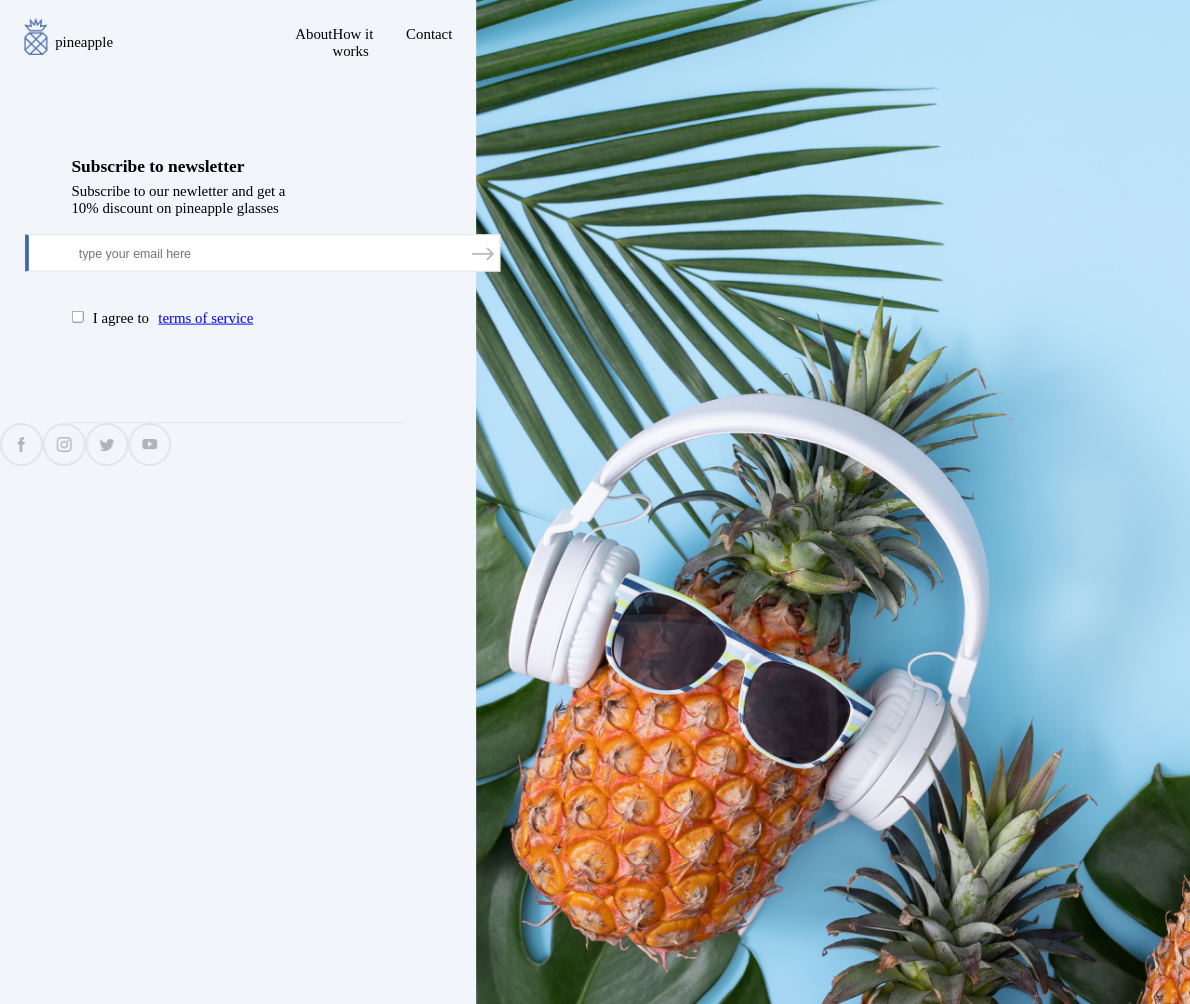
Repository: PaulsBebris/megabit-task
Page: /
The author's editor kept a copy of each file at every save. The page is drawn from the files as they stood at one save, then again after the next save.
The browser window is 1280 px wide. The pictures show the whole page, at 93% of full size.
The project was rebuilt for these pictures with package versions that can differ from the ones it lists, and the page was loaded fresh each time.

Above is the page before, as saved 2021-04-19 15:11:23.

### src/App.vue
<template>
  <div id="app">
    <!-- <div id="nav">
      <router-link to="/">Home</router-link> |
      <router-link to="/about">About</router-link>
    </div> -->
    <router-view/>
  </div>
</template>

<style lang="scss">
// normalize
* {
  padding: 0;
  margin: 0;
  box-sizing: border-box;
}
#app {
  // font-family: Avenir, Helvetica, Arial, sans-serif;
  // -webkit-font-smoothing: antialiased;
  // -moz-osx-font-smoothing: grayscale;
  // text-align: center;
  // color: #2c3e50;
  overflow: hidden;
}

// #nav {
//   padding: 30px;

//   a {
//     font-weight: bold;
//     color: #2c3e50;

//     &.router-link-exact-active {
//       color: #42b983;
//     }
//   }
// }
</style>

### src/router/index.js
import Vue from 'vue'
import VueRouter from 'vue-router'
import Home from '../views/Home.vue'

Vue.use(VueRouter)

const routes = [
  {
    path: '/',
    name: 'Home',
    component: Home
  }
]

const router = new VueRouter({
  routes
})

export default router

// {
// path: '/about',
// name: 'About',
// route level code-splitting
// this generates a separate chunk (about.[hash].js) for this route
// which is lazy-loaded when the route is visited.
// component: () => import(/* webpackChunkName: "about" */ '../views/About.vue')
// }

### src/views/Home.vue
<template>
  <div class="home">
    <div class="page-wrapper">
      <div class="header-wrapper">
        <div class="logo">
          <img src="../assets/img/pineapple.png" alt="pineapple">
          <span>pineapple</span>
        </div>
        <div class="main-menu">
          <div>About</div>
          <div>How it works</div>
          <div>Contact</div>
        </div>
      </div>
      <div class="content-wrapper">
        <h3>Subscribe to newsletter</h3>
        <p>Subscribe to our newletter and get a 10% discount on pineapple glasses</p>
      </div>
      <div class="subscribe-form-wrapper">
        <input type="text" placeholder="type your email here" @click="onSubscribe" v-model="email" >
        <div class="submit-button">
          <span>
            <img src="../assets/img/ic_arrow.svg" alt="arrow">
          </span>
        </div>
      </div>
      <div class="terms-of-use">
        <input type="checkbox" name="agreedOnTerms" id="">
        <span>I agree to</span>
        <a href="#">terms of service</a>
      </div>
      <div class="separator">
        <div class="separator-line"></div>
      </div>
      <div class="social-wrapper">
        <img src="../assets/img/Facebook.png" alt="facebook">
        <img src="../assets/img/Instagram.png" alt="instagram">
        <img src="../assets/img/Twitter.png" alt="twitter">
        <img src="../assets/img/Youtube.png" alt="youtube">
      </div>
    </div>
    <div class="base-image">
      <img :src=sommer alt="">
    </div>
  </div>
</template>

<script>
import sommer from '@/assets/img/sommer.png'

export default {
  name: 'Home',
  components: {},
  data () {
    return {
      sommer,
      email: ''
    }
  },
  methods: {
    onSubscribe () {
      // axios send data
    }
  }
}
</script>

<style lang="scss" scoped>
@import "../assets/scss/defaults.scss";
.home {
  display: flex;
  // grid-template-columns: 3fr 1fr;
  // grid-template-rows: 100vh;
  width: 680px;
  height: 1080px;
  // color: $blue;
  // overflow: hidden;
}
.page-wrapper {
  width: 40vw;
  height: 1080px;
  background-color: $light-blue;
}
.base-image {
  width: 60vw;
}
.base-image img {
  max-height: 1080px;
}
.header-wrapper {
  display: flex;
  justify-content: space-between;
  margin: 5% 0 20% 0;
  align-items: center;
}
.logo {
  margin-left: 5%;
  display: flex;
  align-items: center;
}
.logo img {
  margin-right: 10%;
  position: relative;
  top: -7px;
}
.main-menu {
  margin-right: 5%;
  display: flex;
  justify-content: space-between;
  width: 33%;
}
.content-wrapper {
  padding-left: 15%;
  padding-right: 38%;
}
.content-wrapper :first-child {
  margin-bottom: 3%;
}
.content-wrapper p {
  margin-bottom: 8%;
}
.subscribe-form-wrapper {
  display: flex;
  justify-content: right;
  width: 42vw;
  margin-bottom: 8%;
}
.subscribe-form-wrapper input {
  border: none;
  border-left: 4px solid $blue;
  padding-left: 10%;
  margin-left: 5%;
  height: 40px;
  z-index: 2;
  width: 90%;
  border-top: 1px solid $light-grey;
  border-bottom: 1px solid $light-grey;
}
.submit-button {
  z-index: 2;
  width: 38px;
  background-color: #fff;
  border-top: 1px solid $light-grey;
  border-right: 1px solid $light-grey;
  border-bottom: 1px solid $light-grey;
  height: 40px;
}
.submit-button {
  display: flex;
  justify-content: center;
  align-items: center;
}
.submit-button span {
  margin-top: 5px;
}
.terms-of-use input {
  margin-left: 15%;
}
.terms-of-use > * {
  margin-right: 10px;
}
.separator {
  margin-top: 20%;
}
.separator-line {
  border-bottom: 1px solid $light-grey;
  margin: 0 15% 0 15%;
}

// mobile
@media screen and (max-width: 1024px) {
  .base-image {
    display: none;
  }
  .page-wrapper {
    width: 100vw;
    background-image: url('../assets/img/sommer.png');
    background-repeat: no-repeat;
    background-position: center;
    background-attachment: fixed;
    background-size: cover;
    max-height: 746px;
  }
}
</style>

### src/assets/scss/_defaults.scss
$blue: #4066A5;
$black: #131821;
$grey: #6A707B;
$light-grey: #E3E3E4;
$light-blue: #F2F5FA;

Loaded but not shown: public/index.html (common file); src/main.js (common file); src/store/index.js (common file)

After the next save:
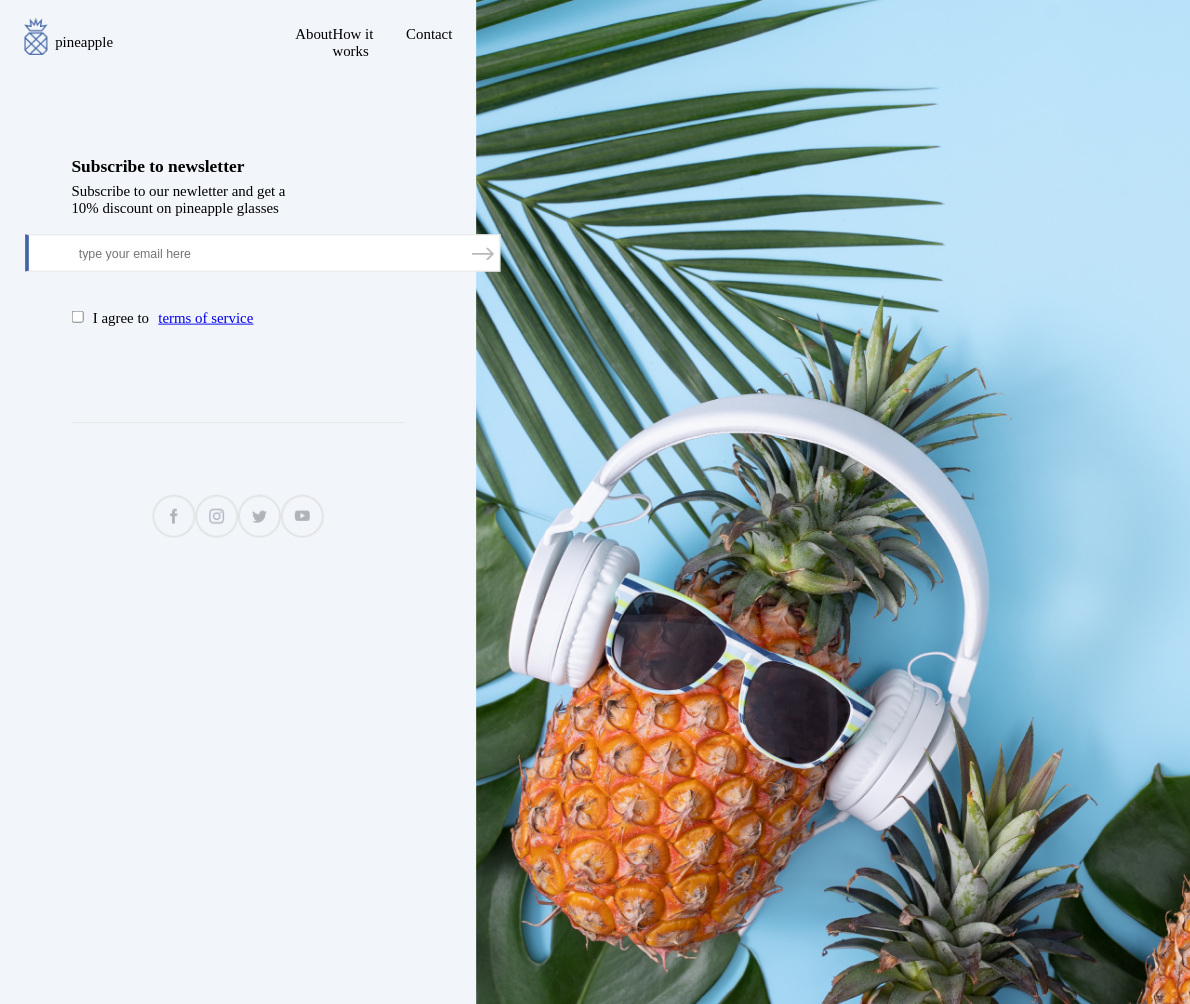
Saved 73 s later.
--- a/src/views/Home.vue
+++ b/src/views/Home.vue
@@ -166,7 +166,12 @@ export default {
   border-bottom: 1px solid $light-grey;
   margin: 0 15% 0 15%;
 }
-
+.social-wrapper {
+  display: flex;
+  align-items: center;
+  justify-content: center;
+  margin-top: 15%;
+}
 // mobile
 @media screen and (max-width: 1024px) {
   .base-image {
